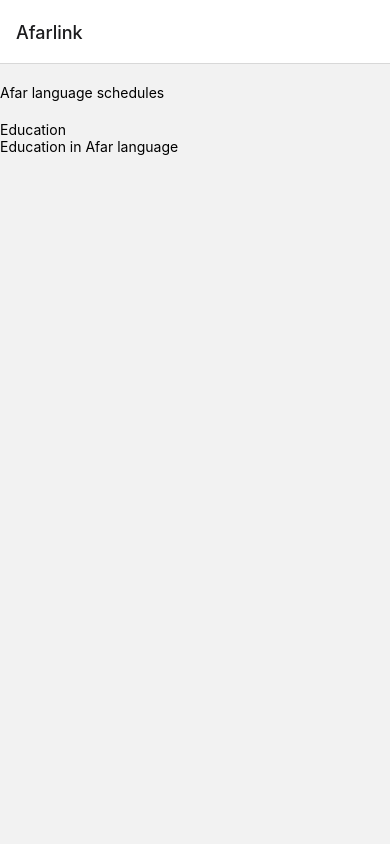
Repository: abdurehmanali611/Assunah_TV
Screen: /Afarlink
These files come from the project's save history. The screen is drawn as it stood at one moment and after a run of saves; the edit follows.
The app was drawn by React Native's web renderer in a window 390 px wide. The project was rebuilt for these pictures with package versions that can differ from the ones it lists, and the page was loaded fresh each time. Also part of the build but not shown: Components/Login.js, Components/SignUp.js, Constants/Home.js, Constants/AboutUs.js, Constants/Contacts.js, Constants/AssunahFolder.js, Constants/AssunahKids.js, Constants/AdditionalExtra.js and 29 more.

Above is the screen before, as saved 2023-12-27 00:17:19.

After the next 2 saves:
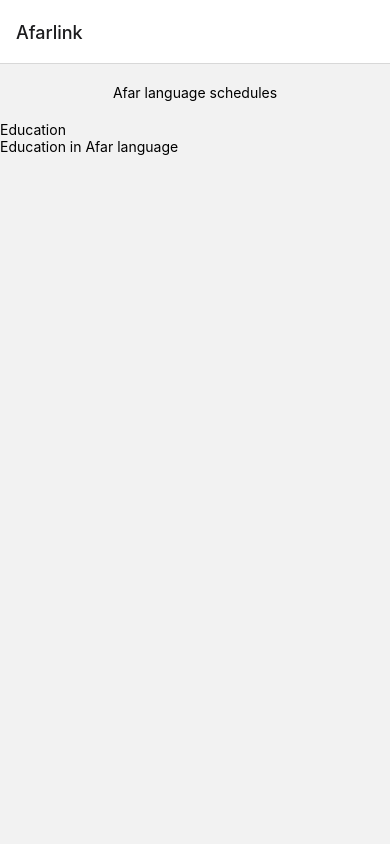
The 2 saves are shown as one change because they came seconds apart.
The last was saved 9 s later.
--- a/Program_Links/Afarlink.js
+++ b/Program_Links/Afarlink.js
@@ -6,7 +6,7 @@ import { View } from "react-native";
 const Afarlink = () => {
 
     return <View>
-        <Text style = {{marginVertical: 20}}>Afar language schedules</Text>
+        <Text style = {{marginVertical: 20, textAlign: 'center', }}>Afar language schedules</Text>
         <View>
             <Text>Education</Text>
             <View>
